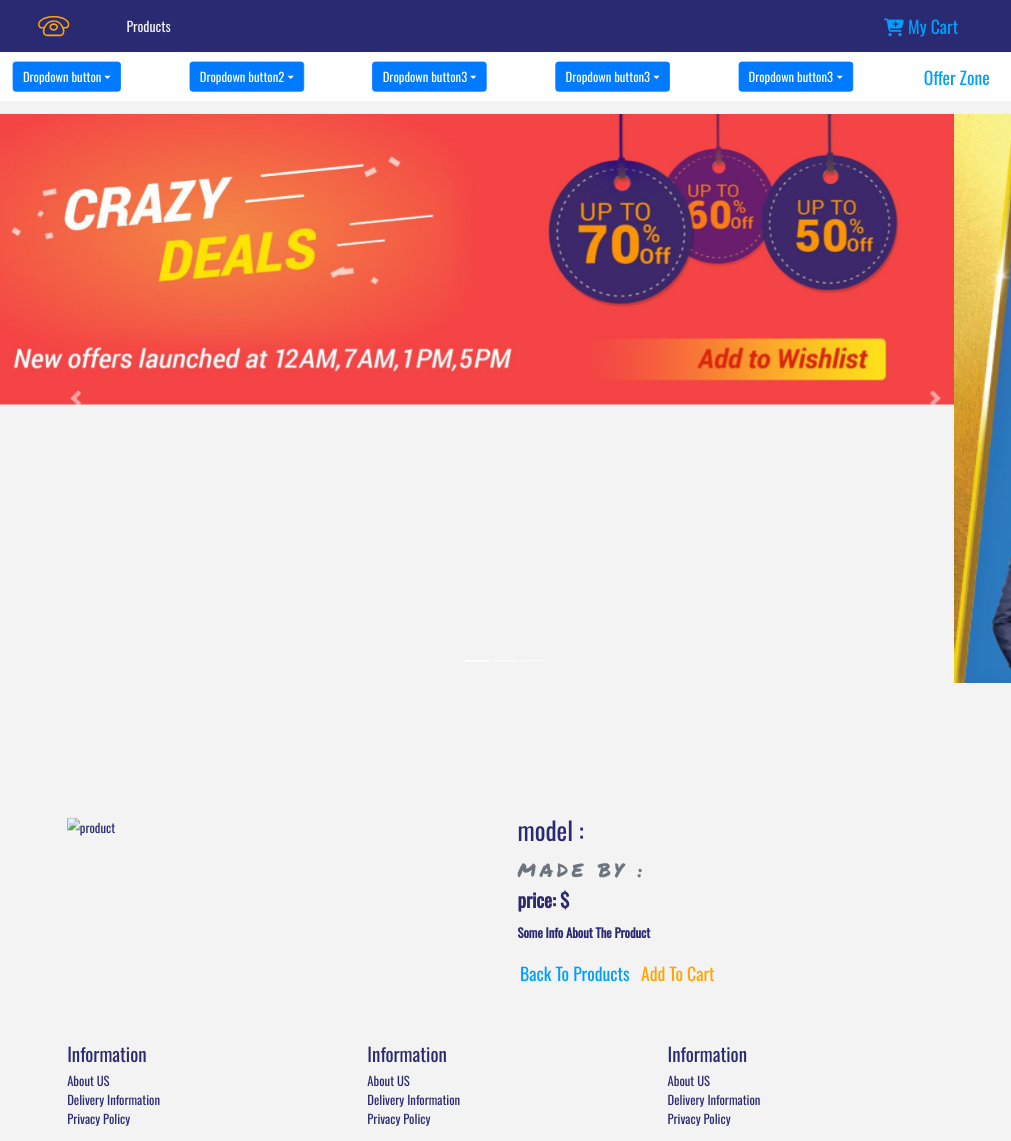
Repository: aditya1068/Online-Store
Page: /details
The author's editor kept a copy of each file at every save. The page is drawn from the files as they stood at one save, then again after the next save.
The browser window is 1280 px wide. The pictures show the whole page, at 79% of full size.
Some web libraries are served in a nearby version. The project was rebuilt for these pictures with package versions that can differ from the ones it lists, and the page was loaded fresh each time. Also part of the build but not shown: src/components/Products.js, src/components/Title.js, src/components/ProductsList.js, src/components/Cart.js, src/components/Default.js.

Above is the page before, as saved 2020-04-02 22:17:16.

After the next save:
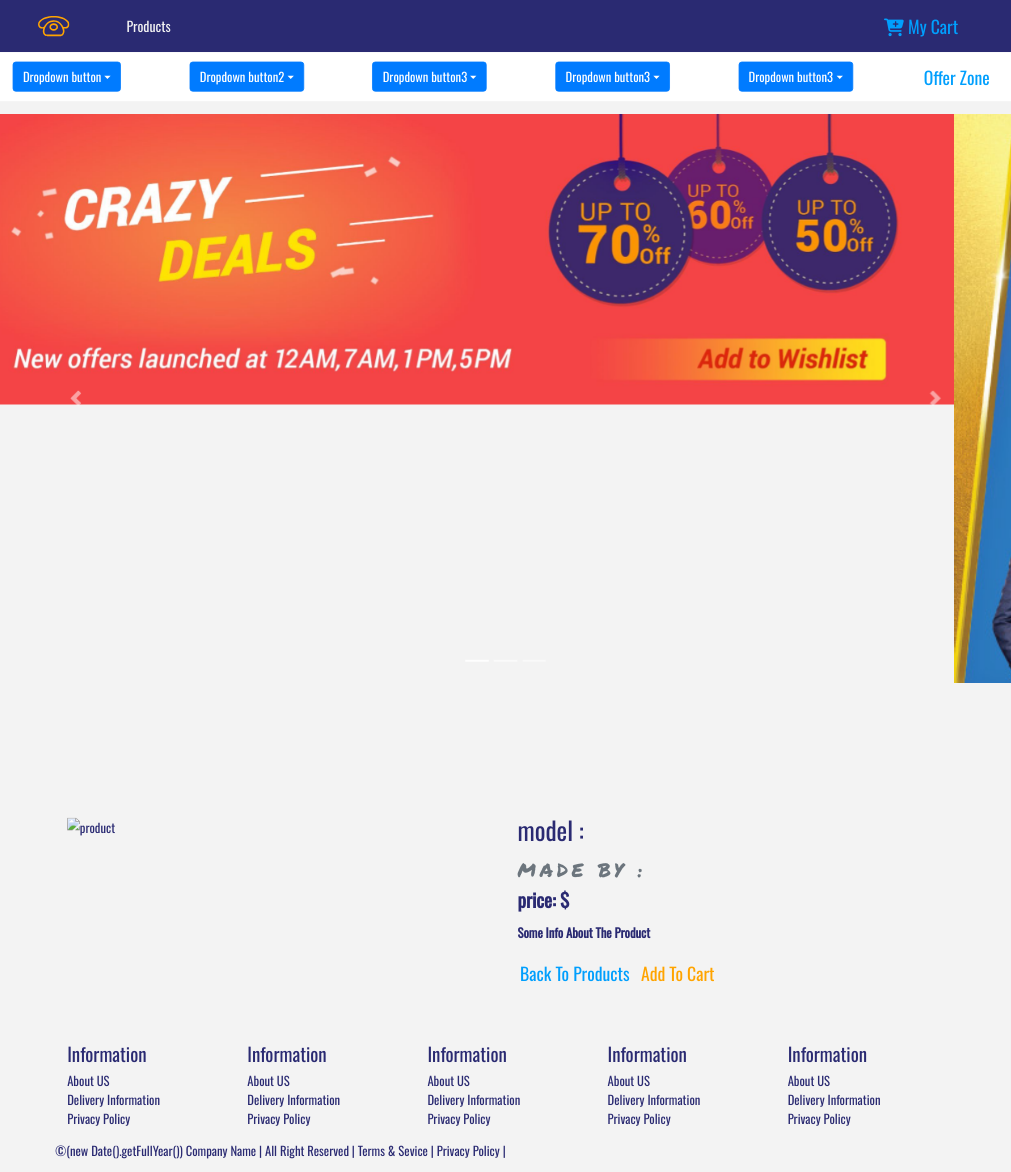
Saved 6 min 19 s later.
--- a/src/components/Footer.js
+++ b/src/components/Footer.js
@@ -33,6 +33,29 @@ export default class Footer extends Component {
                           <li>Privacy Policy</li>
                       </ul>
                   </div>
+                  {/*column 4 */}
+                  <div className= "col">
+                      <h4>Information</h4>
+                      <ul className="list-unstyled">
+                          <li>About US</li>
+                          <li>Delivery Information</li>
+                          <li>Privacy Policy</li>
+                      </ul>
+                  </div>
+                  {/*column 5 */}
+                  <div className= "col">
+                      <h4>Information</h4>
+                      <ul className="list-unstyled">
+                          <li>About US</li>
+                          <li>Delivery Information</li>
+                          <li>Privacy Policy</li>
+                      </ul>
+                  </div>
+                  <div className="row">
+                      <p className="col-sm">
+                          &copy;(new Date().getFullYear()) Company Name | All Right Reserved | Terms & Sevice | Privacy Policy |
+                      </p>
+                  </div>
                   </div>
               </div>
           </div>
